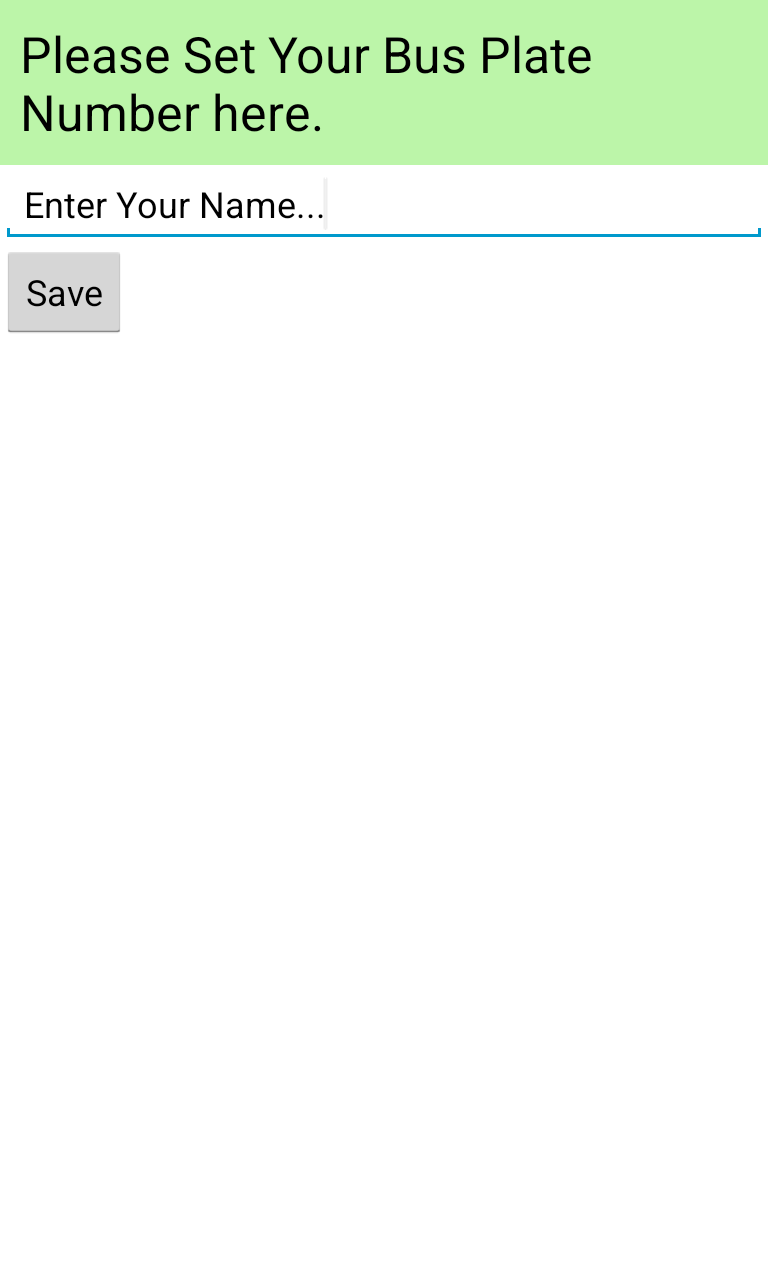
Repository: patheon17/myrepo2
Layout: workspace/UMBusTracker/res/layout/activity_set_plate_num.xml
An editor plug-in stored every save of this project. The layout is shown before and after the next save, followed by the edit.
It is drawn on a 768 x 1280 px phone screen (xhdpi) without system bars, with theme AppTheme; the app's code is not run.

Above is the layout before, as saved 2013-09-29 14:47:33.

After the next save:
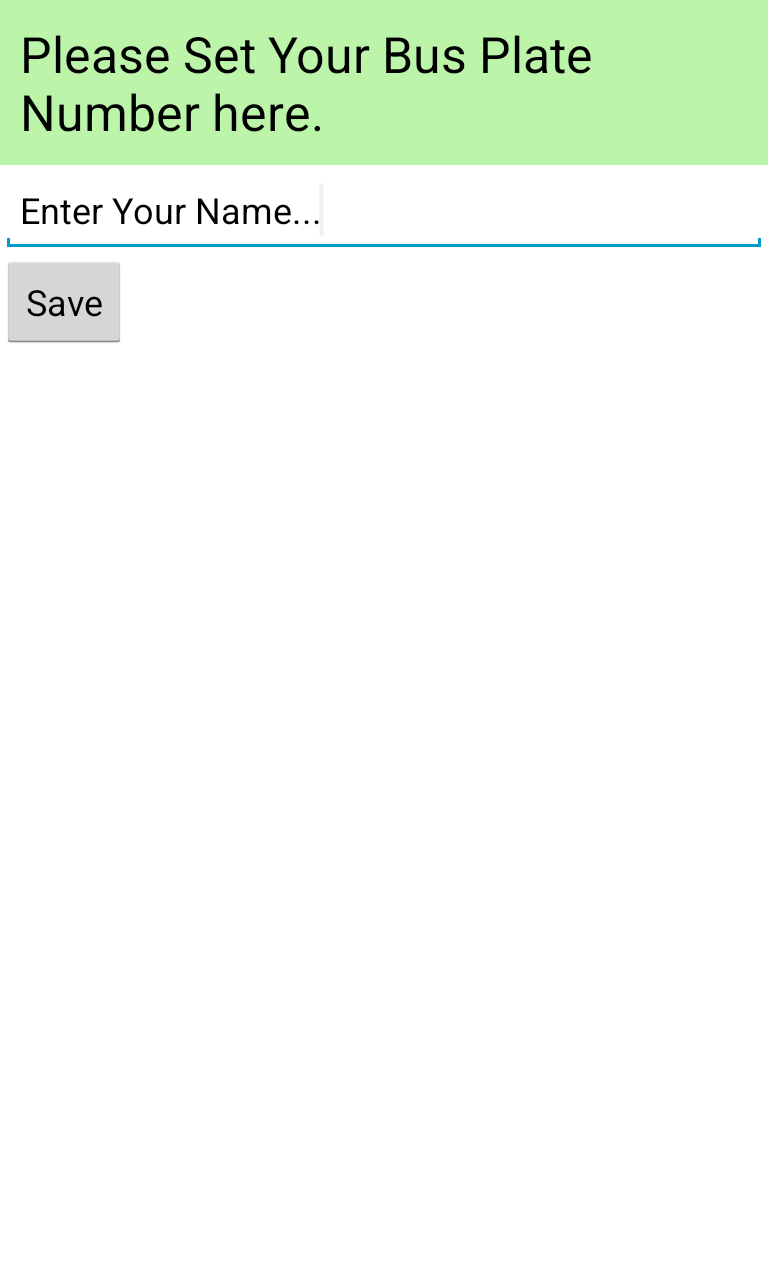
Saved 23 s later.
--- a/workspace/UMBusTracker/res/layout/activity_set_plate_num.xml
+++ b/workspace/UMBusTracker/res/layout/activity_set_plate_num.xml
@@ -20,7 +20,8 @@
         android:layout_width="match_parent"
         android:layout_height="wrap_content"
         android:ems="10"
-        android:text="Enter Your Name..." >
+        android:text="Enter Your Name..."
+        android:padding="10sp" >
 
         <requestFocus />
     </EditText>
